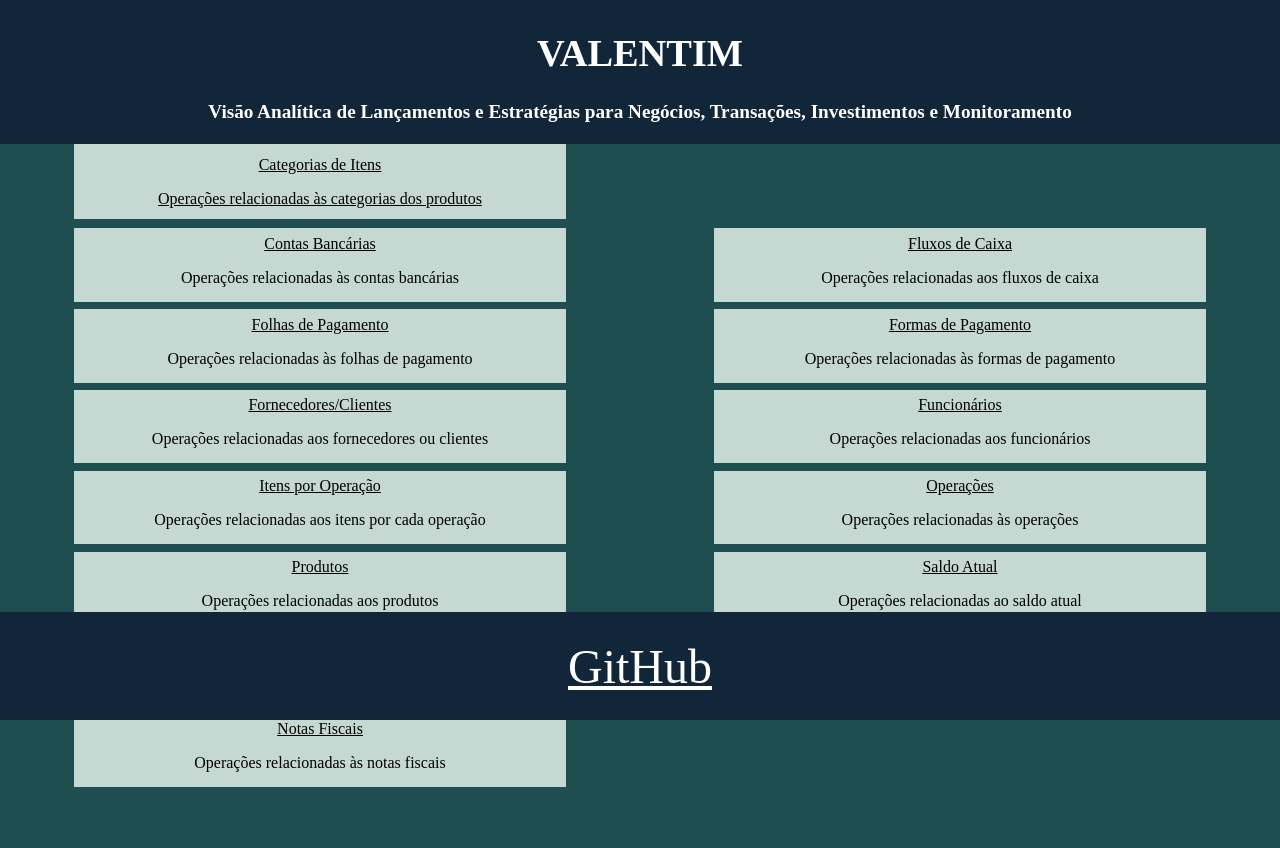
Repository: Matheus-Lacerda009/ERP-Financeiro
Page: Front/menu/menu.html
An editor plug-in stored every save of this project. The page is shown before and after a run of saves, followed by the edit.
The browser window is 1280 px wide. The pictures show the whole page.

Above is the page before, as saved 2026-07-13 19:10:46.

After the next 2 saves:
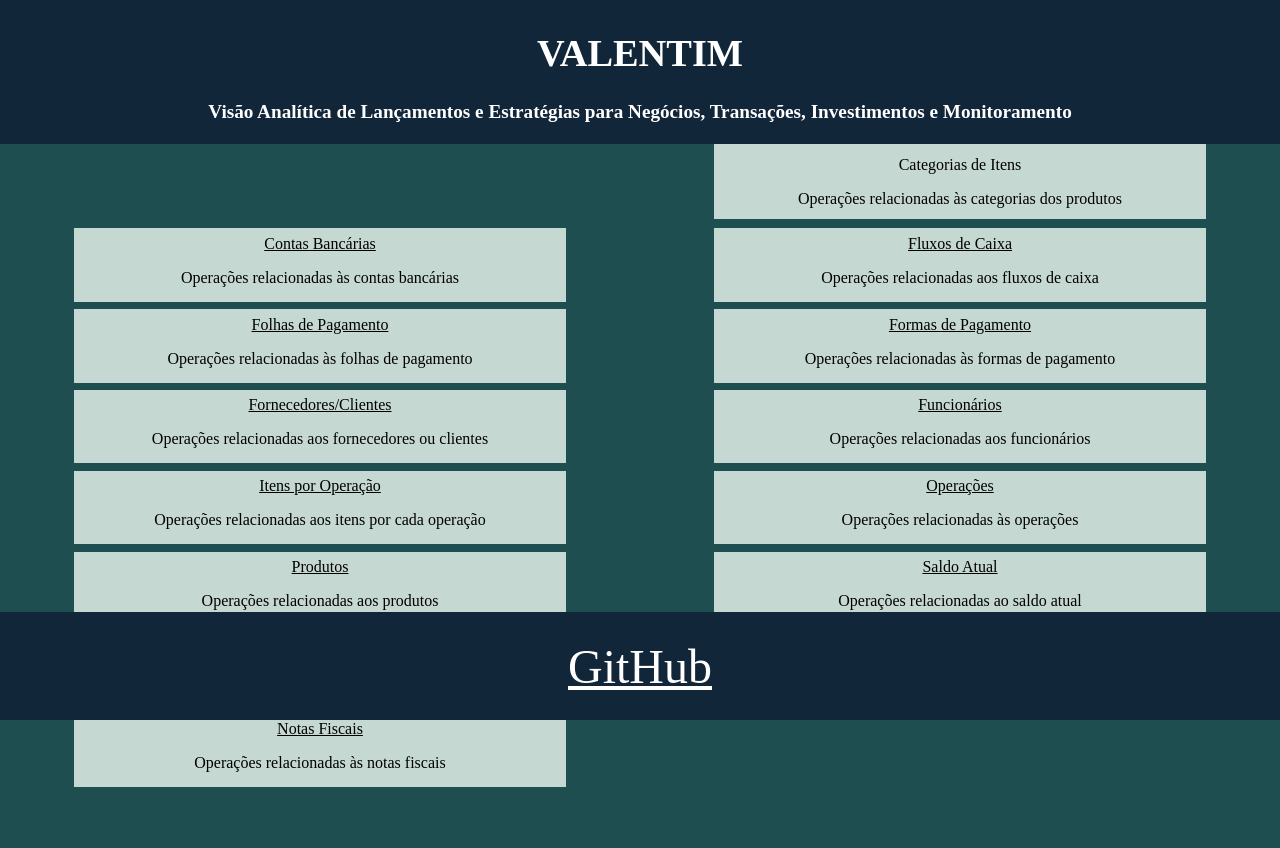
The 2 saves are shown as one change because they came seconds apart.
The last was saved 6 s later.
--- a/Front/menu/menu.html
+++ b/Front/menu/menu.html
@@ -14,8 +14,9 @@
     <main>
         <div id="espaço"></div>
         <div class="container">
+            <a href="../categoria_item/categoria_item.html" class="links"></a>
             <div class="divEntidades">
-                <a href="../categoria_item/categoria_item.html" class="links"><p>Categorias de Itens</p>
+                <p>Categorias de Itens</p>
                 <p>Operações relacionadas às categorias dos produtos</p>
             </div>
             </a>
